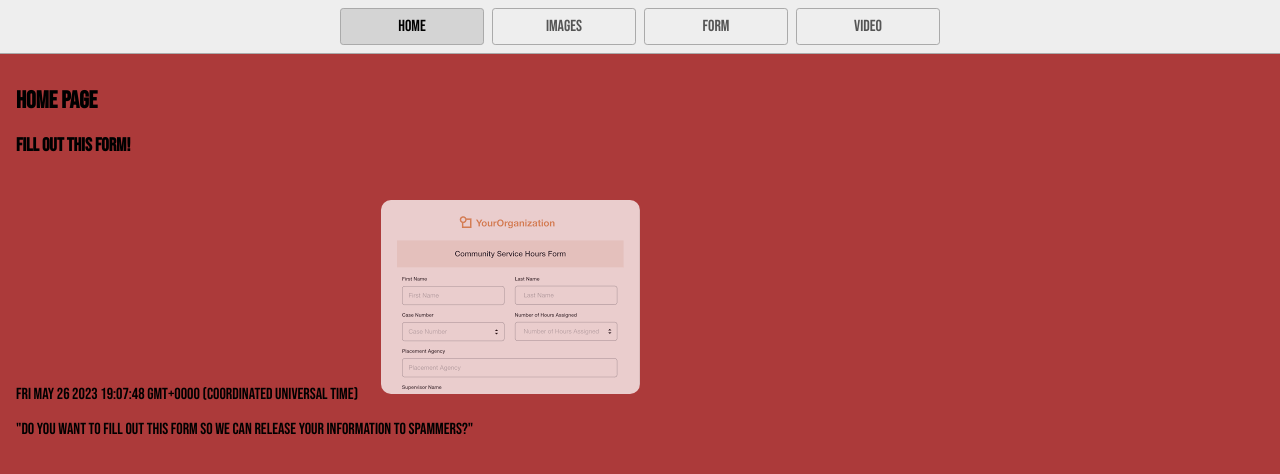
Repository: sebas6292/palmTree-Final
Page: Home.html
These files come from the project's save history. The page is drawn as it stood at one moment and after the next save; the edit follows.
The browser window is 1280 px wide. The pictures show the whole page.

Above is the page before, as saved 2023-06-03 11:35:53.

### Home.html
<!DOCTYPE html>
<html lang="en">
  <head>
    <title>Jeff's Final</title>
    <meta charset="UTF-8" />
    <meta name="viewport" content="width=device-width" />
  <link rel="icon" href="/Assets/favicon.jpg" type="image/x-icon">
    <link rel="preconnect" href="https://fonts.googleapis.com">
    <link rel="preconnect" href="https://fonts.gstatic.com" crossorigin>
    <link href="https://fonts.googleapis.com/css2?family=Bebas+Neue&display=swap" rel="stylesheet">
    <link rel="stylesheet" href="styles.css" />
  </head>
  <body>
    <nav>
      <a href="/Home.html" aria-current="page">Home</a>
      <a href="/Images.html">Images</a>
      <a href="/Form.html">Form</a>
      <a href="/Video.html">Video</a>
    </nav>
    <main>
      <h1>Home page</h1>
      <div>
        <h3>Fill out this Form!</h3><br>
        <script>
          document.write(Date())
        </script>
        <a
          href="/Form.html"
        >
          <img src="./Assets/form.png" />
        </a>
        <p>"Do you want to fill out this form so we can release your information to spammers?"</p>
      </div>
    </main>

  </body>
</html>

### styles.css
* {
    box-sizing: border-box;
  }

  body {
    margin: 0;
    font-family: 'Bebas Neue', sans-serif;
    color: black;
    background-color: white;
  }
  @keyframes body {
    0%   {background-color: white;}
    25%  {background-color: brown}
    50%  {background-color: purple;}
    100% {background-color: black;}
  }
  body {
    background-color: white;
    animation-name: body;
    animation-duration: 30s;
  }

  nav {
    display: flex;
    flex-wrap: wrap;
    align-items: center;
    justify-content: center;
    padding: 0.5rem;
    gap: 0.5rem;
    border-bottom: solid 1px #aaa;
    background-color: #eee;
  }

  nav a {
    display: inline-block;
    min-width: 9rem;
    padding: 0.5rem;
    border-radius: 0.2rem;
    border: solid 1px #aaa;
    text-align: center;
    text-decoration: none;
    color: #555;
  }

  nav a[aria-current='page'] {
    color: #000;
    background-color: #d4d4d4;
  }

  main {
    padding: 1rem;
  }

  h1 {
    font-weight: bold;
    font-size: 1.5rem;
  }
  .form-title {
    margin-left: 57px;
    color: whitesmoke;
    padding-top: 15px;
  }

  .bg-img {
    background-image: url('/Assets/pier2.jpeg');
    height: 500px;
    border-radius: 10px;
  }

  .form-container {
    position: absolute;
    margin: 0 0 0 40px;
    max-width: 400px;
    padding: 24px;
    background-color: whitesmoke;
    border-radius: 10px;
  }
  input[type=text], input[type=password], input[id=comment] {
    width: 100%;
    padding: 10px;
    border: none;
    background: #f1f1f1;
    border-radius: 5px;
  }
  .btn {
    background-color: #04AA6D;
    color: white;
    margin-bottom: .5rem ;
    padding: 5px 0 5px 0;
    border: none;
    cursor: pointer;
    border-radius: 5px;
    width: 100%;
    opacity: 0.75;
  }
  .btn:hover {
    opacity: 1;
  }
  img {
    border-radius: 10px;
    margin: 5px 0 5px 20px;
    opacity: .75;
  }
  img:hover {
    opacity: 1;
    width: 300px;
  }
  .video-title {
   margin: 0px 0 0 20px;
   padding-top: 20px;
  }

  video {
    margin: 20px 0 0 15px;
    border-radius: 10px;
  }

After the next save:
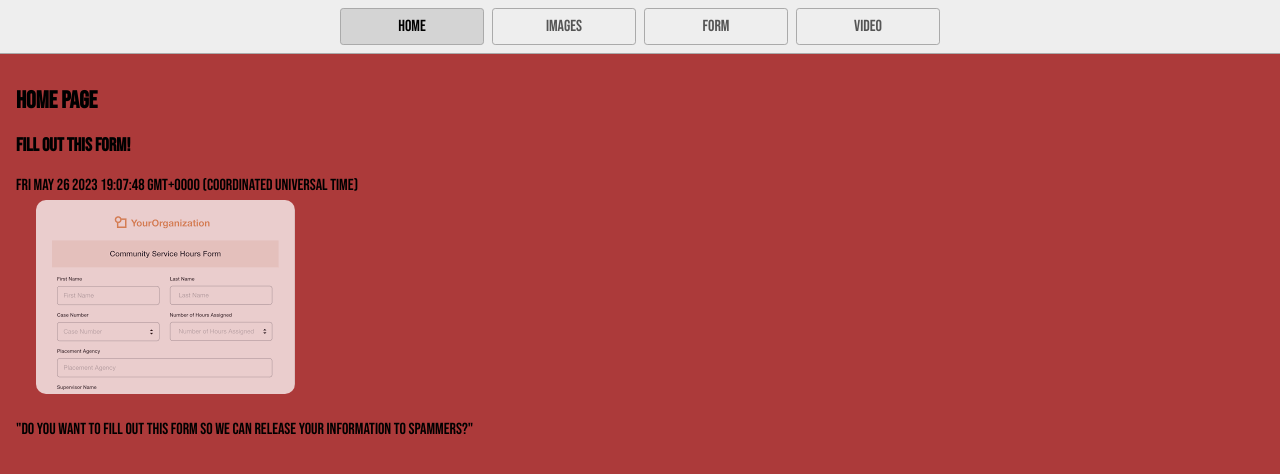
Saved 11 s later.
--- a/Home.html
+++ b/Home.html
@@ -20,10 +20,10 @@
     <main>
       <h1>Home page</h1>
       <div>
-        <h3>Fill out this Form!</h3><br>
+        <h3>Fill out this Form!</h3>
         <script>
           document.write(Date())
-        </script>
+        </script><br>
         <a
           href="/Form.html"
         >
